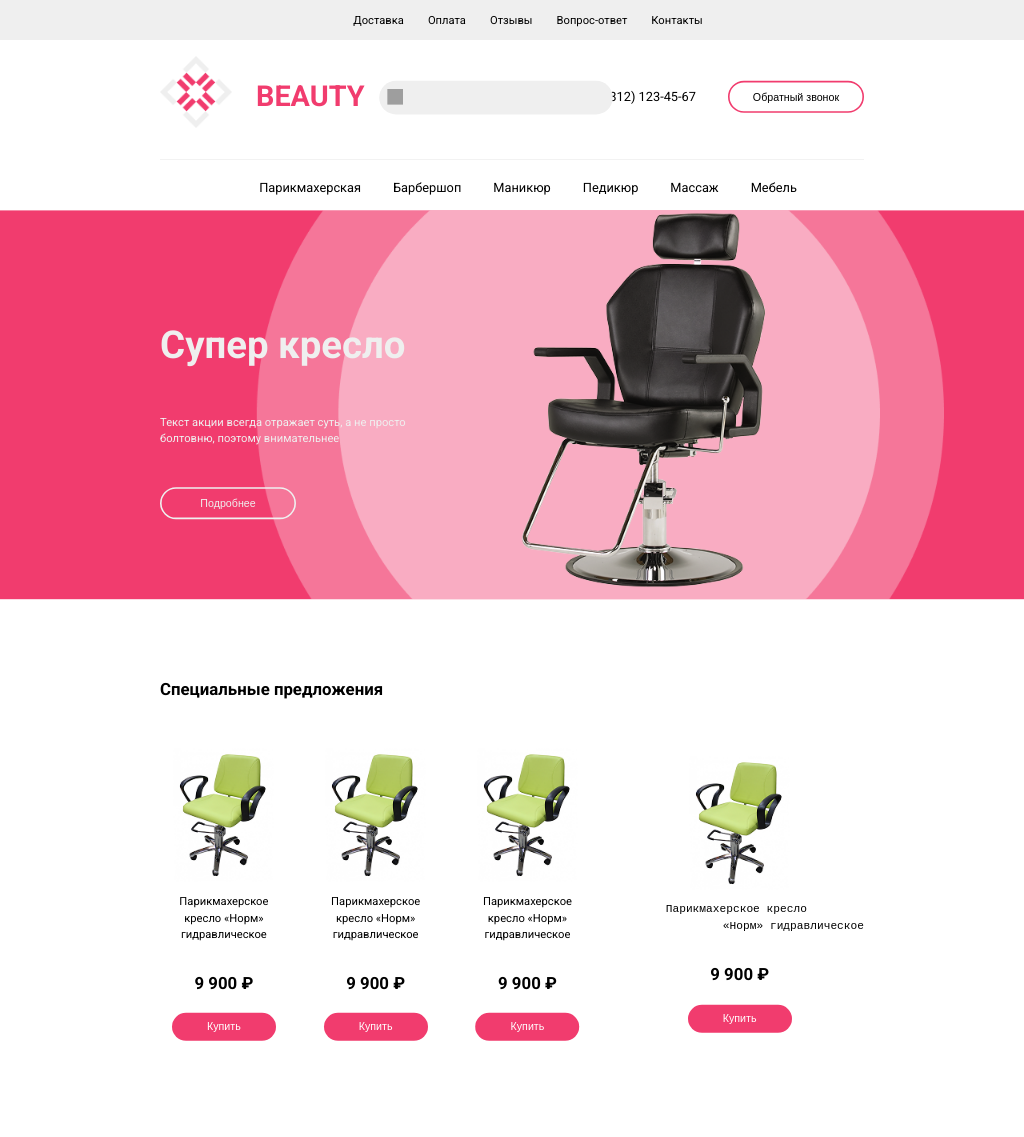
Repository: savannaaaas/verstka
Page: index.html
An editor plug-in stored every save of this project. The page is shown before and after the next save, followed by the edit.
The browser window is 1280 px wide. The pictures show the whole page, at 80% of full size.
Pictures or frames that could not be fetched are drawn as grey boxes. Some web fonts or font styles are not loaded; a fallback is used.

Above is the page before, as saved 2025-04-16 11:09:02.

After the next save:
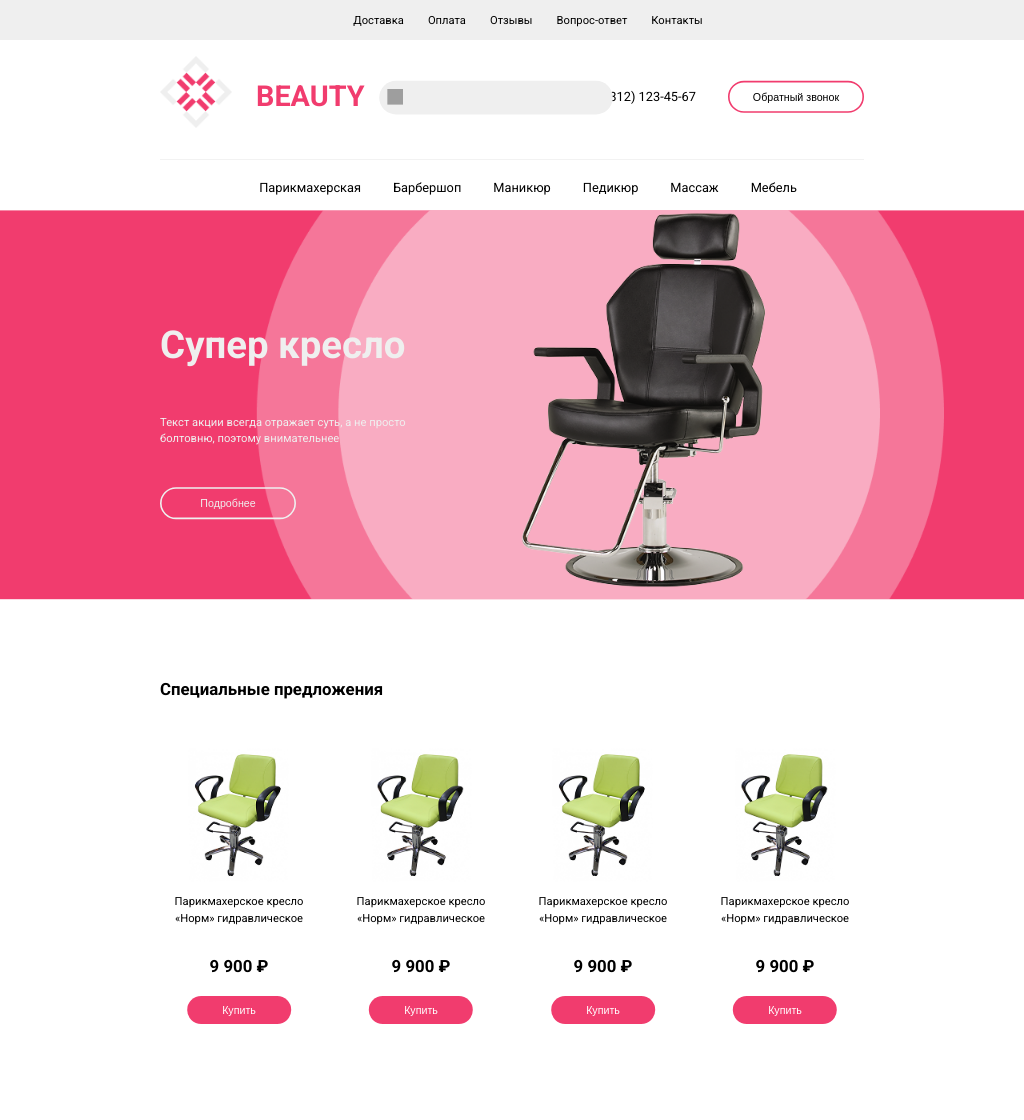
Saved 16 s later.
--- a/index.html
+++ b/index.html
@@ -80,8 +80,7 @@
                 </div>
                 <div class="armchair4">
                     <img alt="armchair" src="greenArmchair.png">
-                    <pre class="text-greenArmchair">Парикмахерское кресло
-                «Норм» гидравлическое</pre>
+                    <p class="text-greenArmchair">Парикмахерское кресло «Норм» гидравлическое</p>
                     <h3>9 900 ₽</h3>
                     <button>Купить</button>
                 </div>
